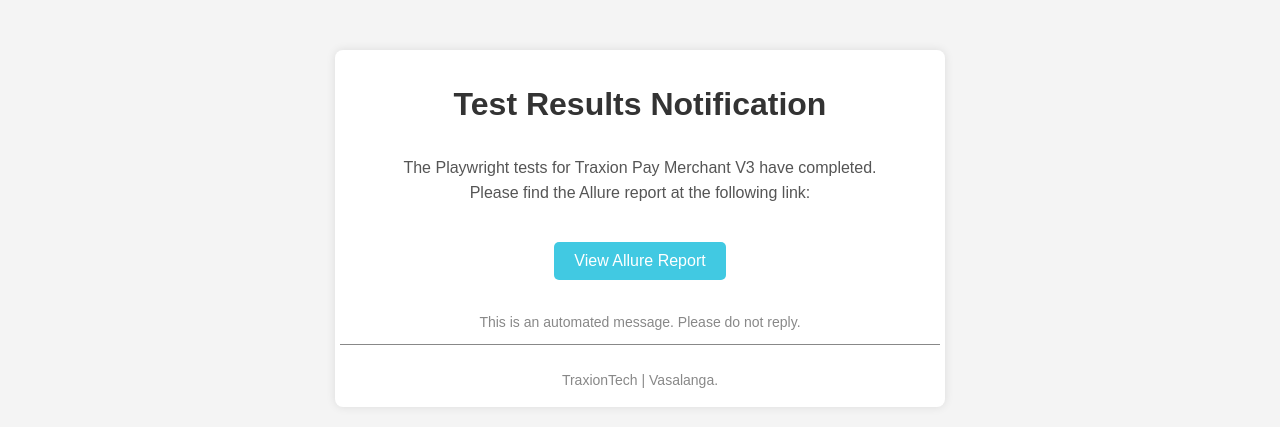
Repository: jmendozaqa24/TraxionPay-V3
Page: template.html
These files come from the project's save history. The page is drawn as it stood at one moment and after the next save; the edit follows.
The browser window is 1280 px wide. The pictures show the whole page.

Above is the page before, as saved 2025-01-31 10:53:04.

### template.html
<!DOCTYPE html>
            <html lang="en">
            <head>
                <meta charset="UTF-8">
                <meta name="viewport" content="width=device-width, initial-scale=1.0">
                <title>Test Results Notification</title>
            </head>
            <body style="font-family: Arial, sans-serif; background-color: #f4f4f4; margin: 5px 0; padding: 25px 0;">
                <div style="max-width: 600px; margin: 20px auto; background-color: #ffffff; padding: 5px; border-radius: 8px; box-shadow: 0 0 10px rgba(0, 0, 0, 0.1);">
                    <div style="text-align: center; padding-bottom: 0">
                        <h1 style="color: #333333; margin: 5; padding: 10px; ">Test Results Notification</h1>
                    </div>
                    <div style="text-align: center; margin: 5; padding: 0 40px;">
                        <p style="color: #555555; font-size: 16px; line-height: 1.6;">
                            The Playwright tests for Traxion Pay Merchant V3 have completed. Please find the Allure report at the following link:
                        </p>
                        <a href="https://dread-vin.github.io/TraxionPay-V3/"
                            style="display: inline-block; padding: 10px 20px; margin-top: 20px; font-size: 16px; color: #ffffff; background-color: #41C9E2; border-radius: 5px; text-decoration: none;">
                            View Allure Report
                        </a>
                    </div>
                    <div style="text-align: center; padding-top: 20px; font-size: 14px; color: #888888;">
                        <p>This is an automated message. Please do not reply.</p>
                    </div>
                    <hr style="border: none; border-top: 0.1px solid #888888;">
                    <div style="text-align: center; padding-top: 5px; font-size: 14px; color: #888888;">
                        <p>TraxionTech | Vasalanga.</p>
                    </div>
                </div>
            </body>
            </html>

After the next save:
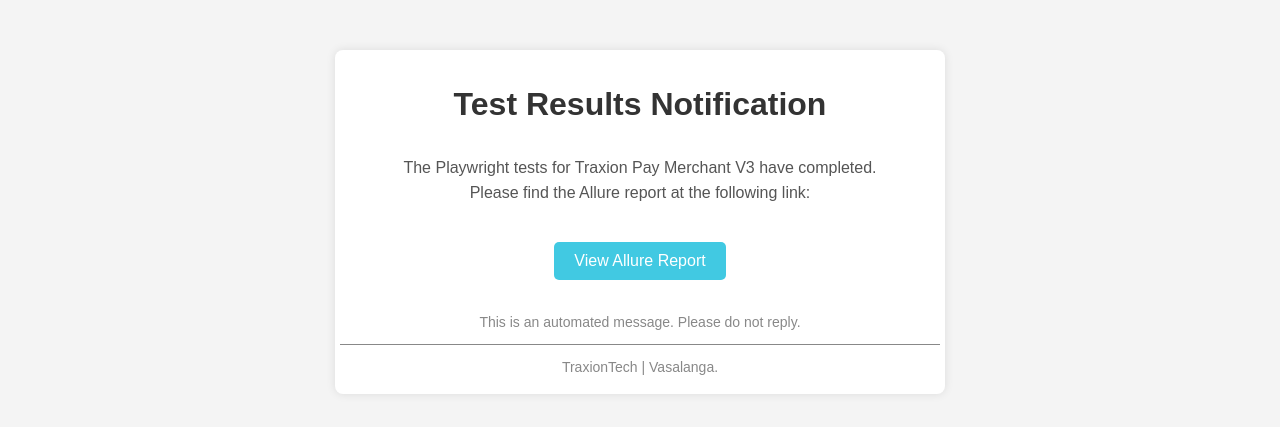
Saved 9 s later.
--- a/template.html
+++ b/template.html
@@ -23,7 +23,7 @@
                         <p>This is an automated message. Please do not reply.</p>
                     </div>
                     <hr style="border: none; border-top: 0.1px solid #888888;">
-                    <div style="text-align: center; padding-top: 5px; font-size: 14px; color: #888888;">
+                    <div style="text-align: center;  font-size: 14px; color: #888888;">
                         <p>TraxionTech | Vasalanga.</p>
                     </div>
                 </div>
